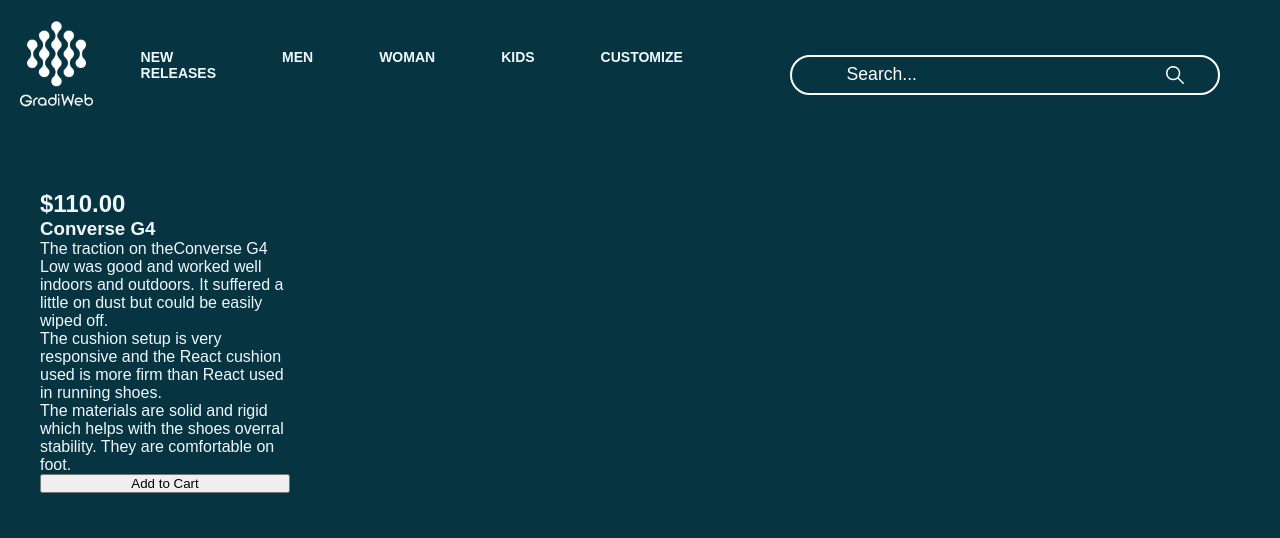
Repository: Cherced/Gradiweb
Page: /
An editor plug-in stored every save of this project. The page is shown before and after the next save, followed by the edit.
The browser window is 1280 px wide. The pictures show the whole page.
The project was rebuilt for these pictures with package versions that can differ from the ones it lists, and the page was loaded fresh each time. The framework's server and built-in components were replaced by stand-ins that run in the browser.

Above is the page before, as saved 2022-07-07 20:07:14.

### pages/_app.js
import '../sass/global.scss'

function MyApp({ Component, pageProps }) {

  return <Component {...pageProps} />

}

export default MyApp

### pages/_document.js
import Document, { Html, Head, Main, NextScript } from 'next/document'

export default class MyDocument extends Document {
  render() {
    return (
      <Html>
        <Head />
        <body>
          <Main />
          <div id="myportal"></div>
          <NextScript />
        </body>
      </Html>
    )
  }
}

### pages/index.js
import React from 'react'
import { Header } from '../components/molecules/Header'
import {Main} from '../components/molecules/Main'

const Index = () => {
  return (
    <section className="Corpus">
    <Header/>
    <Main/>
    </section>
  )
}

export default Index

### sass/global.scss
@import './settings';
@import './pages/index';

### components/molecules/Header.jsx
import React from 'react'
import {NavBar} from '../atoms/header/NavBar'
import {SearchBar} from '../atoms/header/SearchBar'

export const Header = () => {
  return (
    <header className="header">
        <NavBar/>
        <SearchBar/>
    </header>
  )
}

### components/molecules/Main.jsx
import React from 'react'
import {ProductContainer} from '../atoms/main/ProductContainer'
import {ProductDescription} from '../atoms/main/ProductDescription'
import {ProductCarrousel} from '../atoms/main/ProductCarrousel'

export const Main = () => {
  return (
    <>
    <main className="main">
        <section className="main__description--container">
        <ProductDescription/>
        </section>
        <section className="main__product--container">
        <ProductContainer/>
        </section>
    </main>
    <section className="main__carrousel--container">
        <ProductCarrousel/>
    </section>
    </>

  )
}

### sass/_settings.scss
$pinky-red: #FF6F73;
$dark-blue: #063440;
$ligth-green: #00CFB3;

*{
    box-sizing: border-box;
    margin: 0;
    padding: 0;
}

body{
    font-family: 'Source Sans Pro', sans-serif;
    background-color: $dark-blue;
    position: relative;
    z-index: 1;
    overflow-x: hidden;
    color:aliceblue;
}

### sass/pages/_index.scss
@import '../components/molecules/header';
@import '../components/molecules/main';
@import '../components/molecules/footer';

### sass/components/molecules/_header.scss
@import '../atoms/header/navBar';
@import '../atoms/header/searchBar';

header {
    margin-top: 20px;
    width: 100%;
    height: 90px;
    display: flex;
}

### sass/components/atoms/header/_navBar.scss
.navBar__container{
    display: flex;
    width: 50%;
    .navBar__container--image{
        margin-left: 20px;
    }
    .header__nav{
        width: 80%;
        display: flex;
        align-items: center;
        justify-content: space-between;
        .header__nav--list{
            display: flex;
            width: 100%;
            list-style: none;
            .header__list--item{
                text-decoration: none;
                margin-left: 30px;
                width: auto;
                a{
                    color: aliceblue;
                    text-decoration: none;
                    height: inherit;
                    display: flex;
                    padding: 0 18px;
                    text-transform: uppercase;
                    font-weight: 600;
                    font-size: 14px;
                    cursor: pointer;
                }
                :hover{
                    color: gold;
                }
            }
        }
    }
}

### sass/components/atoms/header/_searchBar.scss
.searchBar__container {
    width: 50%;
    display: flex;
    align-items: center;
    margin-left: 20px;
    margin-top: 20px;
    position: relative;
    z-index: 3;
    flex-direction: row;
    justify-content: flex-end;
    margin-right: 60px;

.header-input-container {
    width: 430px;
    height: 40px;
    border: 2px solid white;
    display: flex;
    justify-content: center;
    align-items: center;
    border-radius: 50px;
}

.header-input-container input {
    padding-left: 20px;
    height: 100%;
    width: 80%;
    border: none;
    outline: none;
    background: transparent;
    color: aliceblue;
}

.header-input-container input::placeholder {
    padding: 0 10px;
    color: white;
    font-size: 1.1rem;
}

.search-icon {
    display: inline-block;
    background-image: url('../../../../public/images/icons/lupa.png');
    width: 18px;
    height: 18px;
    background-position: center;
    background-size: contain;
    background-repeat: no-repeat;
    padding: 0 18px;
}

}

### sass/components/molecules/_main.scss
@import '../atoms/main/productContainer';
@import '../atoms/main/productDescription';


main {
    width: 100%;
    display: flex;
    /*
    .main__product--container{
        width: 100%;
        min-height: 320px;
        text-align: center;
        position: relative;
        z-index: 3;
    }
    .main__carrousel--container{

    } */
}

### sass/components/atoms/main/_productDescription.scss
.main__description--container{
    width: 250px;
    height: auto;
    display: flex;
    margin-block-start: 80px;
    margin-inline-start: 40px;
    flex-direction: column;
    margin-bottom: 70px;

    .pinky-background {
        width: 45vw;
        height: 200vh;
        background: $pinky-red;
        position: absolute;
        z-index: 0;
        box-shadow:0 1px 6px 0 black;
        top: 0;
        right: -250px;
        transform: skew(7deg);
    }
}

### components/atoms/header/NavBar.jsx
import React from 'react'

export const NavBar = () => {
  return (
    <div className="navBar__container" aria-label="header navegation container">
    <img className="navBar__container--image" src="/images/logo-white.png" alt="Logo Converse" />
    <nav className="header__nav">
      <ul className="header__nav--list">
        <li className="header__list--item"><a href="#">New Releases</a></li>
        <li className="header__list--item"><a href="#">Men</a></li>
        <li className="header__list--item"><a href="#">Woman</a></li>
        <li className="header__list--item"><a href="#">Kids</a></li>
        <li className="header__list--item"><a href="#">Customize</a></li>
      </ul>
    </nav>
  </div>
  )
}

### components/atoms/header/SearchBar.jsx
import React from 'react'

export const SearchBar = () => {
  return (
    <div className="searchBar__container" aria-label="container search bar">
    <div className="header-input-container">
    <input type="text" placeholder="Search..." />
    <span className="search-icon" />
    </div>
     <div className="cart-icon"><a href /></div>
    </div>
  )
}

### components/atoms/main/ProductContainer.jsx
import React from 'react'

export const ProductContainer = (props) => {
  return (
    <div class="main-product-picture">
        <div class="main-picture">
            <img src={props.img} alt={props.alt}/>
        </div>
    </div>
  )
}

### components/atoms/main/ProductDescription.jsx
import React from 'react'

export const ProductDescription = () => {
  return (
    <React.Fragment>
    <div classname="pinky-background"></div>
    <h2 className="main-price">$110.00</h2>
    <h1 className="main-title">Converse <span>G4</span></h1>
    <div className="main-rank">
        <span className="star-icon" />
        <span className="star-icon" />
        <span className="star-icon" />
        <span className="star-icon" />
        <span className="star-icon" />
    </div>
    <article class="main-product-description">
        <p>The traction on theConverse G4 Low was good and worked well indoors and outdoors. It suffered a little on dust but could be easily wiped off.</p>
        <p>The cushion setup is very responsive and the React cushion used is more firm than React used in running shoes.</p>
        <p>The materials are solid and rigid which helps with the shoes overral stability. They are comfortable on foot.</p>
    </article>
    <button class="cart-button" href="www.google.com">Add to Cart</button>
    </React.Fragment>
  )
}

### components/atoms/main/ProductCarrousel.jsx
import React from 'react'

export const ProductCarrousel = () => {
  return (
 <div className="main-product-picture">
  <div className="main-picture" />
</div>

  )
}

Loaded but not shown: sass/components/atoms/main/_productContainer.scss (no stored copy; drawn as an empty file); sass/components/molecules/_footer.scss (no stored copy; drawn as an empty file)

After the next save:
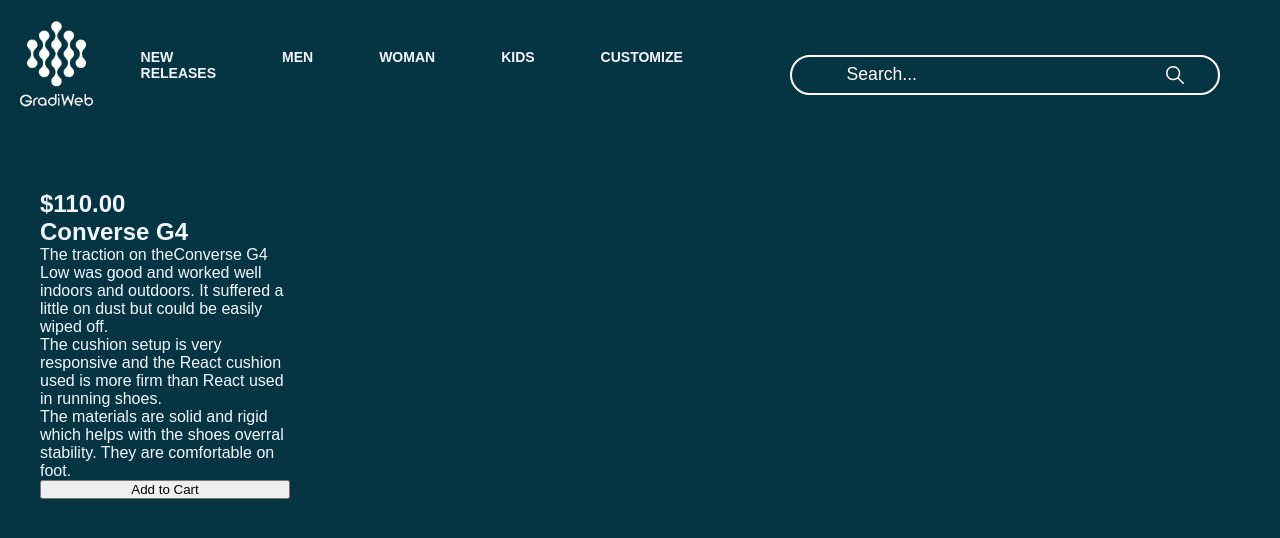
Saved 41 s later.
--- a/pages/index.js
+++ b/pages/index.js
@@ -4,10 +4,10 @@
 
 const Index = () => {
   return (
-    <section className="Corpus">
+    <>
     <Header/>
     <Main/>
-    </section>
+    </>
   )
 }
 
